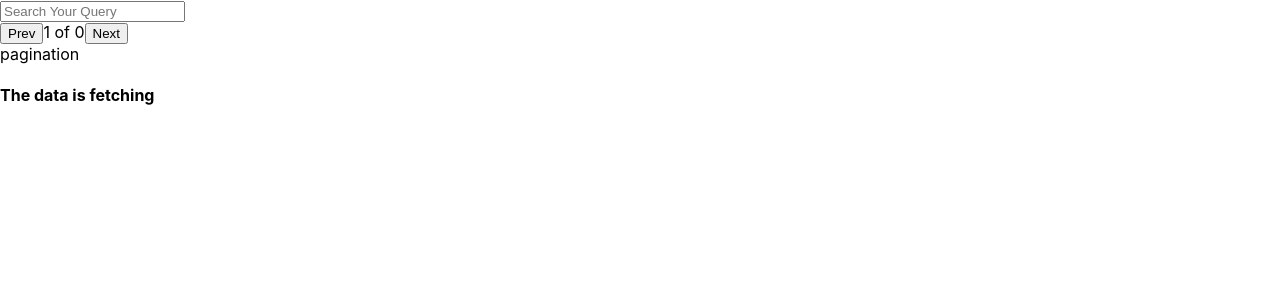
Repository: suraj-yadav7/TechNews
Page: /
An editor plug-in stored every save of this project. The page is shown before and after the next save, followed by the edit.
The browser window is 1280 px wide. The pictures show the whole page.
The page's requests for data from a server got no answer. The project was rebuilt for these pictures with package versions that can differ from the ones it lists, and the page was loaded fresh each time. No one was signed in, and anything a server would have sent is missing. Also part of the build but not shown: src/App.css.

Above is the page before, as saved 2023-04-27 21:49:05.

### src/index.js
import React from 'react';
import ReactDOM from 'react-dom/client';
import './index.css';
import App from './App';
import reportWebVitals from './reportWebVitals';
import { AppProvider } from './context';

const root = ReactDOM.createRoot(document.getElementById('root'));
root.render(
  <React.StrictMode>
    <AppProvider>
    <App />
    </AppProvider>
  </React.StrictMode>
);

// If you want to start measuring performance in your app, pass a function
// to log results (for example: reportWebVitals(console.log))
// or send to an analytics endpoint. Learn more: https://bit.ly/CRA-vitals
reportWebVitals();

### src/App.js
import './App.css';
import Pagination from './components/Pagination';
import Search from './components/Search';
import Stories from './components/Stories';

function App() {
  return (
      <>
      <Search/>
      <Pagination />
      <Stories />
      </>
  );
}

export default App;

### src/context.jsx
import {useContext, createContext, useEffect, useReducer} from "react"
import {reducer} from './reducer'

const AppContext = createContext();
let api = "https://hn.algolia.com/api/v1/search?";
const initial = {
    hits:[],
    page:0,
    nbPages:0,
    query:"",
    isLoading:true
}

const AppProvider = ({children})=>{

    const [state, dispatch] = useReducer(reducer, initial)

    const fetchApiData = async(url)=>{
        dispatch({
            type:"loadingData",
        })
        try{
            let fetchApi = await fetch(url)
            let data = await fetchApi.json()
            console.log(data)
            dispatch({
                type:"Get_Update",
                payload:{
                    hitNews:data.hits,
                    pg:data.page,
                    nbPg: data.nbPages
                }
            })
        }
        catch(error){
            console.log(error)
        }
        }

        //removing post
        const removePost = (objectID) =>{
                    dispatch({
                        type:"remove_post",
                        payload: objectID
                    })
        }

    //Search Post
    const searchPost = ((searchVal)=>{
        // searchVal.preventDefault()
        dispatch({
        type:"SEARCH_POST",
        payload: searchVal
        })
    })

    //Previous Page
    const prevPage=()=>{
        dispatch({
            type:"PREV_PAGE"
        })
    }
    const nextPage=()=>{
        dispatch({
            type:"NEXT_PAGE"
        })
    }
    useEffect(()=>{
         fetchApiData(`${api}query=${state.query}&&page=${state.page}`)

    },[state.query, state.page])


    return(
        <AppContext.Provider value= {{...state, removePost, searchPost,prevPage,nextPage}} >{children}</AppContext.Provider>
    )
};

//Custom hook to provide appContext and useContext

const useGlobalContext = ()=>{
    return useContext(AppContext)
}
export {AppContext,AppProvider, useGlobalContext}

### src/components/Pagination.jsx
import React from 'react'

const Pagination = () => {
  return (
    <>
    <div className="pagination">
        pagination
    </div>

    </>
  )
}

export default Pagination

### src/components/Search.jsx
import React from 'react'
import { useGlobalContext } from '../context'

const Search = () => {
  const {query, searchPost,prevPage,nextPage, nbPages,page} = useGlobalContext()
  return (
    <>
   <div className='formContainer'>
    <form onSubmit={(e)=>e.preventDefault()}>
      <input type="search" placeholder='Search Your Query' value={query} onChange={(e)=> searchPost(e.target.value)}></input>
    </form>
   </div>
   <div className='pagination'>
    <button onClick={prevPage} >Prev</button>
     <span>{page+1} of {nbPages}</span>
    <button onClick={nextPage} >Next</button>
   </div>
    </>
  )
}

export default Search

### src/components/Stories.jsx
import React, {useEffect}from 'react'
import { useGlobalContext } from '../context'

const Stories = () => {
    const {hits, isLoading,removePost}= useGlobalContext()



    if(isLoading){
    return(
        <div className="Loading">
        <h4>The data is fetching</h4>
        </div>
    )
    }
  return (
    <>
      <div className='parentStory'>
        <h2>Latest Post</h2>
        {hits?.map((story)=>{
          const {objectID} = story
          return (
          <>
          <div className='stories' key={objectID}>
          <h3>{story.title}</h3>
          <p>by <span>{story.author}</span>  | <span>comment: {story.num_comments} </span></p>
          <div className="storiesButton">
          <a  href={story.url} target='_blank' rel="noreferrer"><button >Read More</button></a>
          <button  onClick={()=>removePost(objectID)} >Remove</button>
            </div>
          </div>
          </>)
          })}
      </div>
    </>
  )
}

export default Stories

### src/reducer.jsx

const reducer = (state,action) =>{
    switch(action.type){
        case"loadingData" : return{
            ...state,
            isLoading: true

        } ;
        case "Get_Update":
            return{
                ...state,
                isLoading:false,
                hits:action.payload.hitNews,
                nbPages:action.payload.nbPg
            }

        case "remove_post":
            return{
                ...state, hits: state.hits.filter((post)=> post.objectID !== action.payload)
            }

        case "SEARCH_POST":
            return{
                    ...state, query: action.payload
            }

        case "PREV_PAGE":
            let pageNum=state.page-1
            if(pageNum<=0){
                pageNum=0
            }
            return{
                 ...state,
                    page:pageNum
                }


        case "NEXT_PAGE":
            let pageNum2= state.page+1
            if(pageNum2>=50){
                pageNum2=0
            }

            return{
                ...state,
                page:pageNum2
            }

    }
    return state
}
export {reducer};

Loaded but not shown: public/index.html (common file); src/index.css (common file); src/reportWebVitals.js (common file)

After the next save:
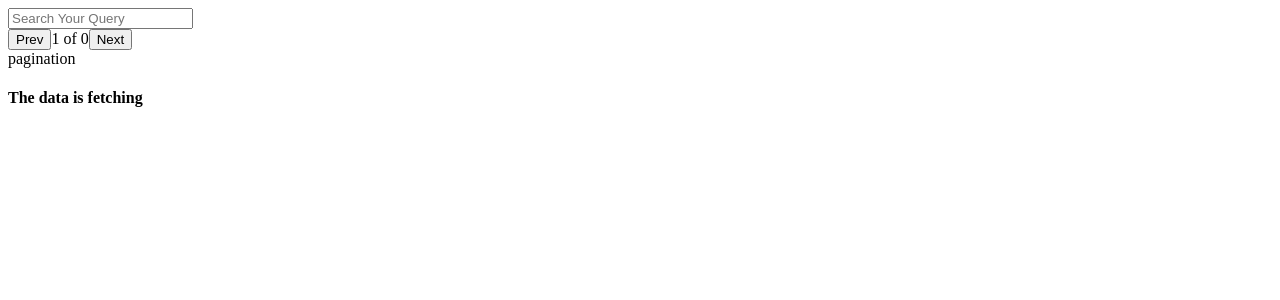
Saved 11 h 57 min later.
--- a/src/index.js
+++ b/src/index.js
@@ -1,6 +1,5 @@
 import React from 'react';
 import ReactDOM from 'react-dom/client';
-import './index.css';
 import App from './App';
 import reportWebVitals from './reportWebVitals';
 import { AppProvider } from './context';
